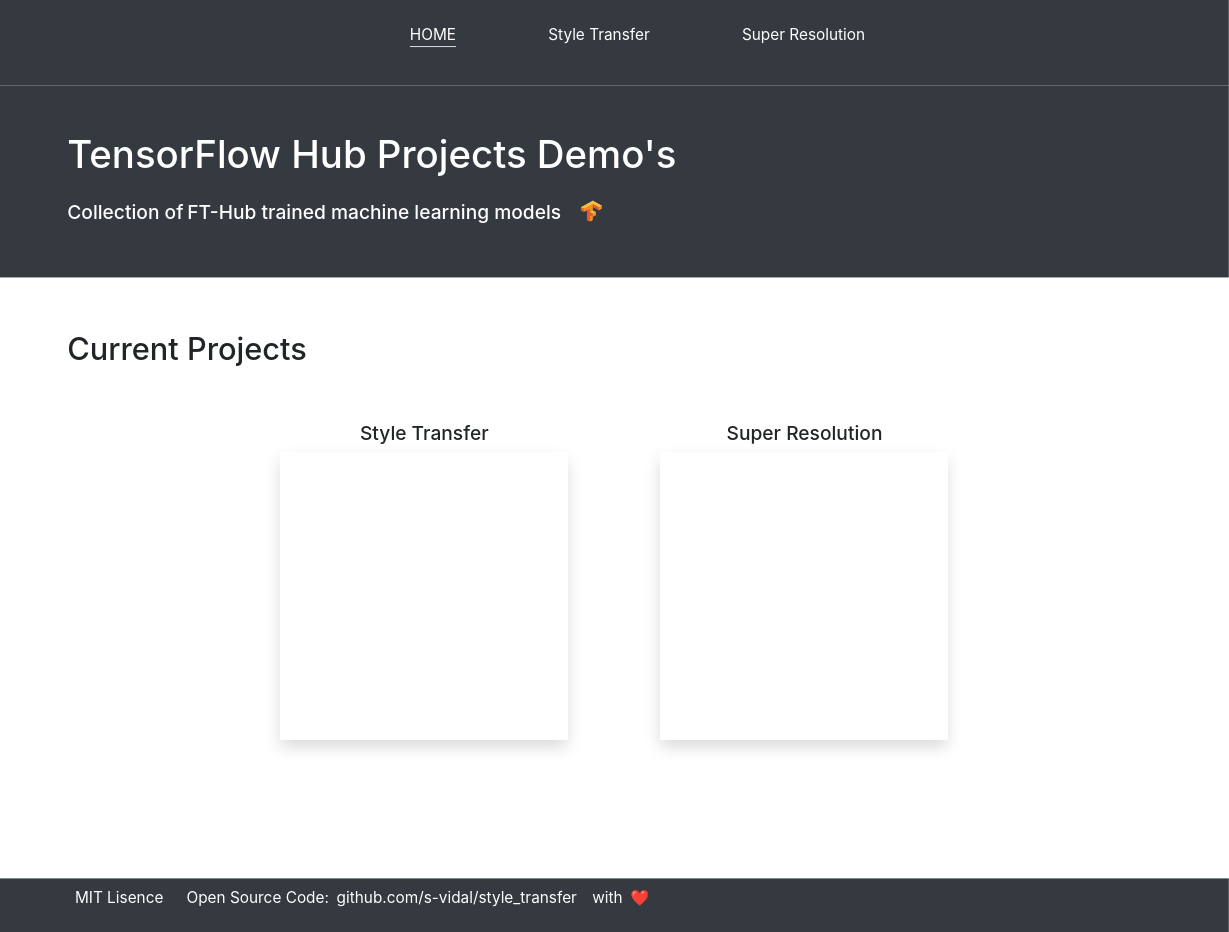
Repository: s-vidal/style_transfer
Page: / (app in client/)
The author's editor kept a copy of each file at every save. The page is drawn from the files as they stood at one save, then again after the next save.
The browser window is 1280 px wide. The pictures show the whole page, at 96% of full size.
The page's requests for data from a server got no answer. The project was rebuilt for these pictures with package versions that can differ from the ones it lists, and the page was loaded fresh each time. A package was used in the major version that the imports need, not the one package.json lists. No one was signed in, and anything a server would have sent is missing. Also part of the build but not shown: client/src/components/DropZone.jsx, client/src/lib/api.js, client/src/components/Inference.jsx, client/src/components/Header.jsx, client/src/pages/StyleTransfer.jsx, client/src/pages/SuperResolution.jsx.

Above is the page before, as saved 2020-09-30 16:23:14.

After the next save:
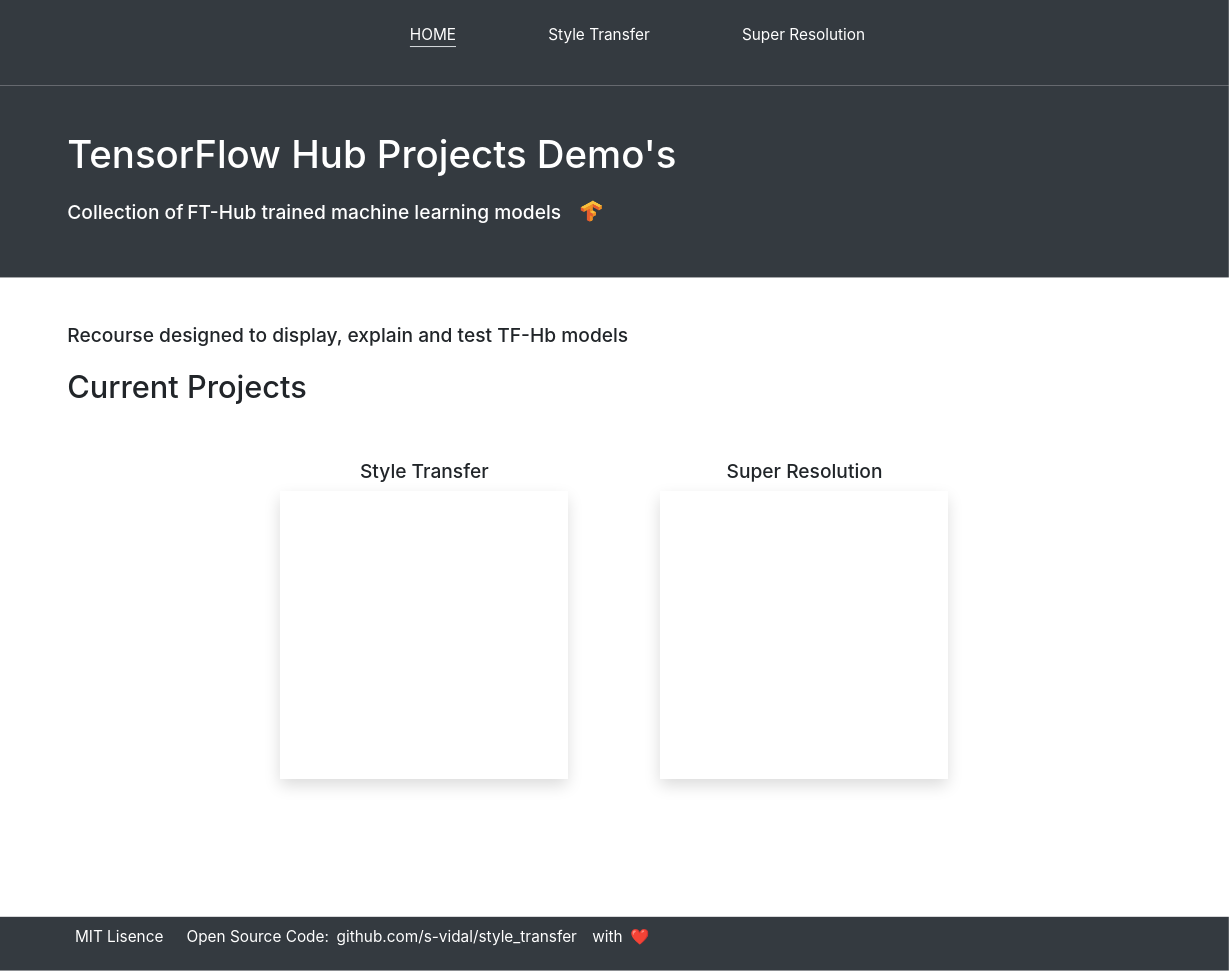
Saved 5 s later.
--- a/client/src/pages/HomePage.jsx
+++ b/client/src/pages/HomePage.jsx
@@ -29,7 +29,9 @@
       </div>
       <div className="vh-59 p-5 pb-0">
         <div className="container p-0">
-          {/* <h5 className="mb-4">Recourse designed to display, explain and test TF-Hb models</h5> */}
+          <h5 className="mb-4">
+            Recourse designed to display, explain and test TF-Hb models
+          </h5>
           <div>
             <h2 className="mt-2">Current Projects</h2>
           </div>

After the save that followed:
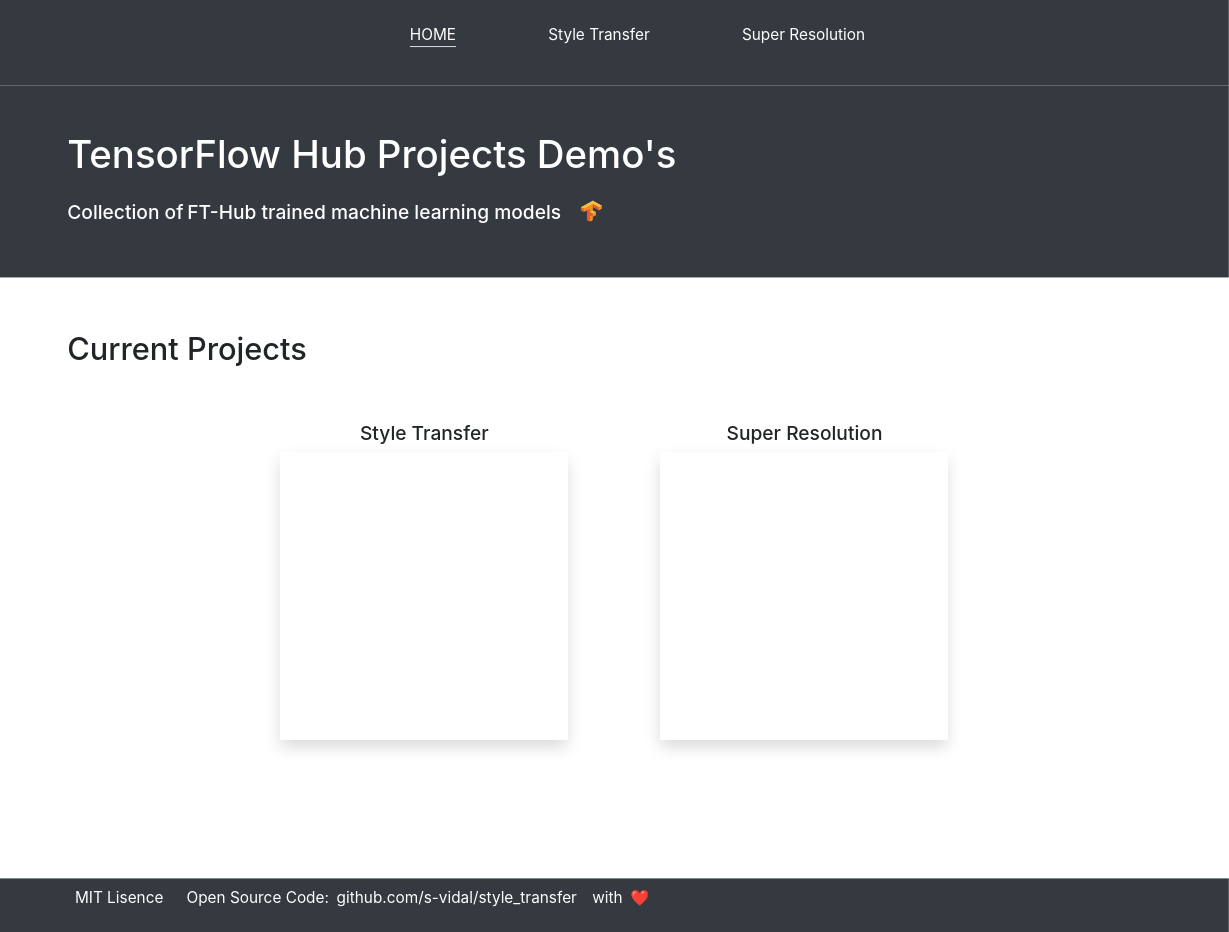
Saved 4 s later.
--- a/client/src/pages/HomePage.jsx
+++ b/client/src/pages/HomePage.jsx
@@ -29,9 +29,6 @@
       </div>
       <div className="vh-59 p-5 pb-0">
         <div className="container p-0">
-          <h5 className="mb-4">
-            Recourse designed to display, explain and test TF-Hb models
-          </h5>
           <div>
             <h2 className="mt-2">Current Projects</h2>
           </div>
